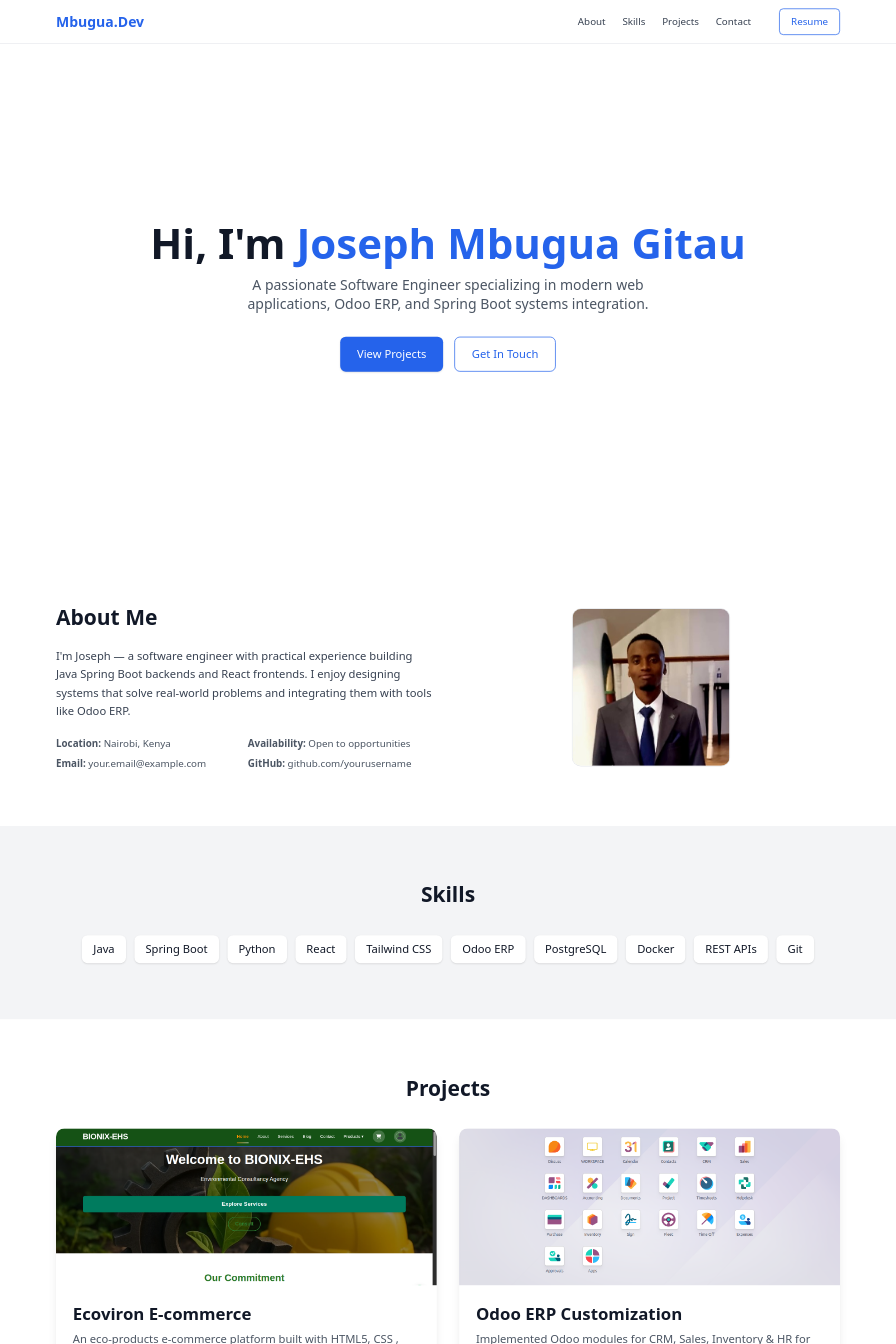
Repository: mbuguag/Portfolio
Page: /contact
The author's editor kept a copy of each file at every save. The page is drawn from the files as they stood at one save, then again after the next save.
The browser window is 1280 px wide. The pictures show the part of the page from y = 0 to 1920 px (the page is 2749 px tall before and 720 px after), at 70% of full size.
The project was rebuilt for these pictures with package versions that can differ from the ones it lists, and the page was loaded fresh each time. Also part of the build but not shown: vite.config.js.

Above is the page before, as saved 2025-10-24 10:51:04.

### index.html
<!doctype html>
<html lang="en">
  <head>
    <meta charset="UTF-8" />
    <link rel="icon" type="image/svg+xml" href="/vite.svg" />
    <meta name="viewport" content="width=device-width, initial-scale=1.0" />
    <title>dev-portfolio</title>
  </head>
  <body>
    <div id="root"></div>
    <script type="module" src="/src/main.jsx"></script>
  </body>
</html>

### src/App.jsx
import React from "react";
import Navbar from "./components/Navbar";
import Hero from "./components/Hero";
import About from "./components/About";
import Skills from "./components/Skills";
import Projects from "./components/Projects";
import Contact from "./components/Contact";
import Footer from "./components/Footer";

export default function App() {
  return (
    <div className="antialiased">
      <Navbar />
      <main className="pt-16">
        <Hero />
        <About />
        <Skills />
        <Projects />
        <Contact />
      </main>
      <Footer />
    </div>
  );
}

### src/index.css
@tailwind base;
@tailwind components;
@tailwind utilities;

/* Global */
:root {
  scroll-behavior: smooth;
}

body {
  @apply bg-white text-gray-900 dark:bg-gray-900 dark:text-gray-100 font-sans;
}

/* container helper */
.container {
  @apply max-w-6xl mx-auto px-4;
}

/* small utility */
.section-title {
  @apply text-3xl font-semibold mb-6;
}

.card {
  @apply bg-white dark:bg-gray-800 rounded-xl shadow-sm overflow-hidden;
}

### src/components/Navbar.jsx
import React from "react";

export default function Navbar() {
  return (
    <header className="fixed top-0 left-0 right-0 z-50 bg-white/80 dark:bg-gray-900/80 backdrop-blur-sm border-b border-gray-200 dark:border-gray-800">
      <div className="container flex items-center justify-between py-3">
        <a href="#home" className="text-xl font-bold text-blue-600">Mbugua.Dev</a>

        <nav className="hidden md:flex gap-6 items-center text-sm text-gray-700 dark:text-gray-300">
          <a href="#about" className="hover:text-blue-600">About</a>
          <a href="#skills" className="hover:text-blue-600">Skills</a>
          <a href="#projects" className="hover:text-blue-600">Projects</a>
          <a href="#contact" className="hover:text-blue-600">Contact</a>
          <a
            href="/resume.pdf"
            className="ml-4 inline-block px-4 py-2 text-sm border rounded-md border-blue-600 text-blue-600 hover:bg-blue-600 hover:text-white transition"
            download
          >
            Resume
          </a>
        </nav>

        {/* mobile placeholder (expand later if you want a menu) */}
        <div className="md:hidden text-sm text-gray-700 dark:text-gray-300">
          <a href="#projects" className="px-3 py-1 bg-blue-600 text-white rounded-md">View Work</a>
        </div>
      </div>
    </header>
  );
}

### src/components/Hero.jsx
export default function Hero() {
  return (
    <section id="home" className="flex flex-col items-center justify-center text-center min-h-screen px-6">
      <h1 className="text-4xl sm:text-6xl font-bold mb-4">
        Hi, I'm <span className="text-blue-600">Joseph Mbugua Gitau</span>
      </h1>
      <p className="text-lg sm:text-xl text-gray-600 dark:text-gray-300 max-w-2xl">
        A passionate Software Engineer specializing in modern web applications, Odoo ERP, and Spring Boot systems integration.
      </p>
      <div className="mt-8 flex gap-4">
        <a href="#projects" className="px-6 py-3 bg-blue-600 text-white rounded-lg shadow hover:bg-blue-700 transition">View Projects</a>
        <a href="#contact" className="px-6 py-3 border border-blue-600 text-blue-600 rounded-lg hover:bg-blue-600 hover:text-white transition">Get In Touch</a>
      </div>
    </section>
  );
}

### src/components/About.jsx
import React from "react";

export default function About() {
  return (
    <section id="about" className="py-20">
      <div className="container grid md:grid-cols-2 gap-10 items-center">
        <div>
          <h2 className="section-title">About Me</h2>
          <p className="text-gray-700 dark:text-gray-300 leading-relaxed">
            I'm Joseph — a software engineer with practical experience building
            Java Spring Boot backends and React frontends.
            I enjoy designing systems that solve real-world problems and integrating
            them with tools like Odoo ERP.
          </p>

          <ul className="mt-6 grid grid-cols-2 gap-2 text-sm text-gray-600 dark:text-gray-400">
            <li><strong>Location:</strong> Nairobi, Kenya</li>
            <li><strong>Availability:</strong> Open to opportunities</li>
            <li><strong>Email:</strong> your.email@example.com</li>
            <li><strong>GitHub:</strong> github.com/yourusername</li>
          </ul>
        </div>

        <div className="flex justify-center">
          <div className="w-56 h-56 rounded-xl overflow-hidden ring-1 ring-gray-200 dark:ring-gray-700">
            <img
              src="/profile.jpg"
              alt="Joseph Mbugua"
              className="w-full h-full object-cover"
            />
          </div>
        </div>
      </div>
    </section>
  );
}

### src/components/Skills.jsx
const skills = [
  "Java", "Spring Boot", "Python", "React", "Tailwind CSS",
  "Odoo ERP", "PostgreSQL", "Docker", "REST APIs", "Git"
];

export default function Skills() {
  return (
    <section id="skills" className="py-20 bg-gray-100 dark:bg-gray-800">
      <h2 className="text-3xl font-bold mb-10 text-center">Skills</h2>
      <div className="flex flex-wrap justify-center gap-3">
        {skills.map((skill) => (
          <span key={skill} className="px-4 py-2 bg-white dark:bg-gray-700 shadow rounded-lg">
            {skill}
          </span>
        ))}
      </div>
    </section>
  );
}

### src/components/Projects.jsx
const projects = [
  {
    title: "Ecoviron E-commerce",
    description: "An eco-products e-commerce platform built with HTML5, CSS , JavaScript & Spring Boot backend.",
    image: "/Bionix.png",
    link: "https://www.bionix-hse.co.ke",
  },
  {
    title: "Odoo ERP Customization",
    description: "Implemented Odoo modules for CRM, Sales, Inventory & HR for business automation.",
    image: "/Odoo.png",
    link: "#",
  },
];

export default function Projects() {
  return (
    <section id="projects" className="py-20 container">
      <h2 className="text-3xl font-bold mb-10 text-center">Projects</h2>
      <div className="grid md:grid-cols-2 gap-8">
        {projects.map((proj) => (
          <div key={proj.title} className="bg-white dark:bg-gray-800 rounded-xl shadow-lg overflow-hidden">
            <img src={proj.image} alt={proj.title} className="w-full h-56 object-cover" />
            <div className="p-6">
              <h3 className="text-2xl font-semibold mb-2">{proj.title}</h3>
              <p className="text-gray-600 dark:text-gray-300 mb-4">{proj.description}</p>
              <a href={proj.link} target="_blank" className="text-blue-600 hover:text-blue-800 dark:text-blue-400 dark:hover:text-blue-200">View Project →</a>
            </div>
          </div>
        ))}
      </div>
    </section>
  );
}

### src/components/Contact.jsx
export default function Contact() {
  return (
    <section id="contact" className="py-20 bg-gray-100 dark:bg-gray-800">
      <h2 className="text-3xl font-bold mb-10 text-center">Contact Me</h2>
      <form className="max-w-lg mx-auto space-y-4">
        <input type="text" placeholder="Your Name" className="w-full p-3 rounded-lg border dark:bg-gray-700 dark:border-gray-600" />
        <input type="email" placeholder="Your Email" className="w-full p-3 rounded-lg border dark:bg-gray-700 dark:border-gray-600" />
        <textarea placeholder="Your Message" rows="5" className="w-full p-3 rounded-lg border dark:bg-gray-700 dark:border-gray-600"></textarea>
        <button className="w-full bg-blue-600 text-white py-3 rounded-lg hover:bg-blue-700 transition">Send Message</button>
      </form>
    </section>
  );
}

### src/components/Footer.jsx
export default function Footer() {
  return (
    <footer className="py-6 text-center text-gray-500 dark:text-gray-400 border-t border-gray-200 dark:border-gray-700">
      © {new Date().getFullYear()} Joseph Mbugua Gitau. All rights reserved.
    </footer>
  );
}

Loaded but not shown: src/main.jsx (common file); tailwind.config.js (common file)

After the next save:
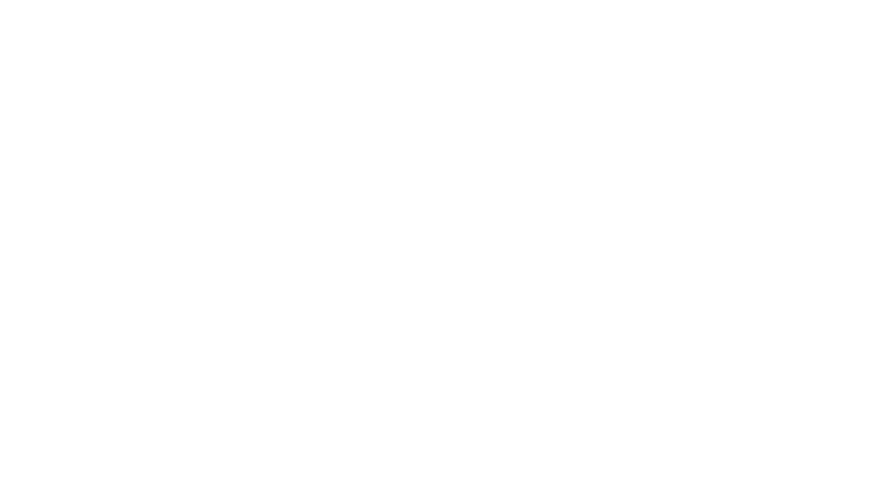
Console error (its wording comes from the project's code and is left out).
Saved 11 s later.
--- a/src/components/About.jsx
+++ b/src/components/About.jsx
@@ -1,36 +1,36 @@
-import React from "react";
+// import React from "react";
 
-export default function About() {
-  return (
-    <section id="about" className="py-20">
-      <div className="container grid md:grid-cols-2 gap-10 items-center">
-        <div>
-          <h2 className="section-title">About Me</h2>
-          <p className="text-gray-700 dark:text-gray-300 leading-relaxed">
-            I'm Joseph — a software engineer with practical experience building
-            Java Spring Boot backends and React frontends.
-            I enjoy designing systems that solve real-world problems and integrating
-            them with tools like Odoo ERP.
-          </p>
+// export default function About() {
+//   return (
+//     <section id="about" className="py-20">
+//       <div className="container grid md:grid-cols-2 gap-10 items-center">
+//         <div>
+//           <h2 className="section-title">About Me</h2>
+//           <p className="text-gray-700 dark:text-gray-300 leading-relaxed">
+//             I'm Joseph — a software engineer with practical experience building
+//             Java Spring Boot backends and React frontends.
+//             I enjoy designing systems that solve real-world problems and integrating
+//             them with tools like Odoo ERP.
+//           </p>
 
-          <ul className="mt-6 grid grid-cols-2 gap-2 text-sm text-gray-600 dark:text-gray-400">
-            <li><strong>Location:</strong> Nairobi, Kenya</li>
-            <li><strong>Availability:</strong> Open to opportunities</li>
-            <li><strong>Email:</strong> your.email@example.com</li>
-            <li><strong>GitHub:</strong> github.com/yourusername</li>
-          </ul>
-        </div>
+//           <ul className="mt-6 grid grid-cols-2 gap-2 text-sm text-gray-600 dark:text-gray-400">
+//             <li><strong>Location:</strong> Nairobi, Kenya</li>
+//             <li><strong>Availability:</strong> Open to opportunities</li>
+//             <li><strong>Email:</strong> your.email@example.com</li>
+//             <li><strong>GitHub:</strong> github.com/yourusername</li>
+//           </ul>
+//         </div>
 
-        <div className="flex justify-center">
-          <div className="w-56 h-56 rounded-xl overflow-hidden ring-1 ring-gray-200 dark:ring-gray-700">
-            <img
-              src="/profile.jpg"
-              alt="Joseph Mbugua"
-              className="w-full h-full object-cover"
-            />
-          </div>
-        </div>
-      </div>
-    </section>
-  );
-}
+//         <div className="flex justify-center">
+//           <div className="w-56 h-56 rounded-xl overflow-hidden ring-1 ring-gray-200 dark:ring-gray-700">
+//             <img
+//               src="/profile.jpg"
+//               alt="Joseph Mbugua"
+//               className="w-full h-full object-cover"
+//             />
+//           </div>
+//         </div>
+//       </div>
+//     </section>
+//   );
+// }

After the save that followed:
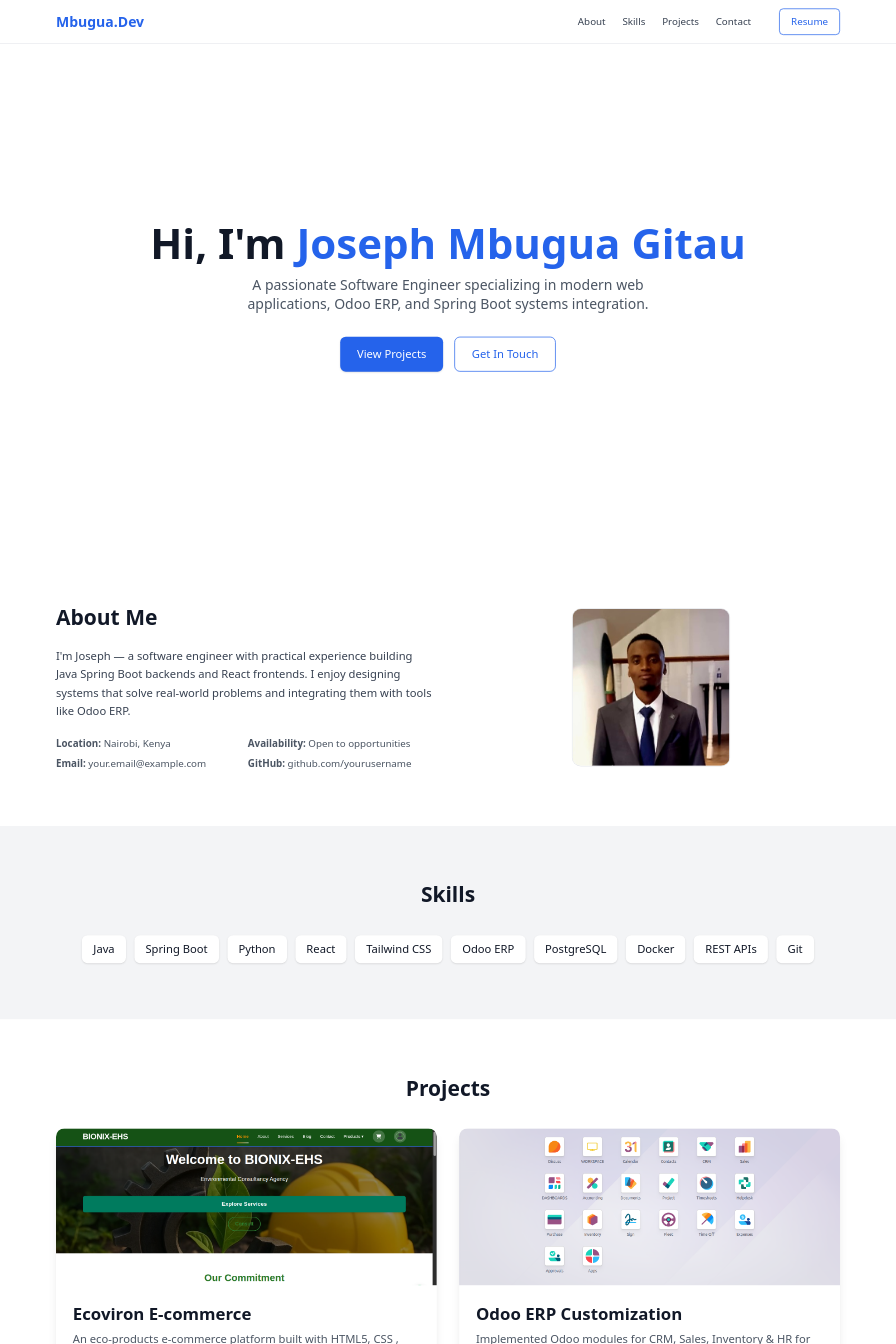
The error is gone.
Saved 5 s later.
--- a/src/components/About.jsx
+++ b/src/components/About.jsx
@@ -1,36 +1,36 @@
-// import React from "react";
+import React from "react";
 
-// export default function About() {
-//   return (
-//     <section id="about" className="py-20">
-//       <div className="container grid md:grid-cols-2 gap-10 items-center">
-//         <div>
-//           <h2 className="section-title">About Me</h2>
-//           <p className="text-gray-700 dark:text-gray-300 leading-relaxed">
-//             I'm Joseph — a software engineer with practical experience building
-//             Java Spring Boot backends and React frontends.
-//             I enjoy designing systems that solve real-world problems and integrating
-//             them with tools like Odoo ERP.
-//           </p>
+export default function About() {
+  return (
+    <section id="about" className="py-20">
+      <div className="container grid md:grid-cols-2 gap-10 items-center">
+        <div>
+          <h2 className="section-title">About Me</h2>
+          <p className="text-gray-700 dark:text-gray-300 leading-relaxed">
+            I'm Joseph — a software engineer with practical experience building
+            Java Spring Boot backends and React frontends.
+            I enjoy designing systems that solve real-world problems and integrating
+            them with tools like Odoo ERP.
+          </p>
 
-//           <ul className="mt-6 grid grid-cols-2 gap-2 text-sm text-gray-600 dark:text-gray-400">
-//             <li><strong>Location:</strong> Nairobi, Kenya</li>
-//             <li><strong>Availability:</strong> Open to opportunities</li>
-//             <li><strong>Email:</strong> your.email@example.com</li>
-//             <li><strong>GitHub:</strong> github.com/yourusername</li>
-//           </ul>
-//         </div>
+          <ul className="mt-6 grid grid-cols-2 gap-2 text-sm text-gray-600 dark:text-gray-400">
+            <li><strong>Location:</strong> Nairobi, Kenya</li>
+            <li><strong>Availability:</strong> Open to opportunities</li>
+            <li><strong>Email:</strong> your.email@example.com</li>
+            <li><strong>GitHub:</strong> github.com/yourusername</li>
+          </ul>
+        </div>
 
-//         <div className="flex justify-center">
-//           <div className="w-56 h-56 rounded-xl overflow-hidden ring-1 ring-gray-200 dark:ring-gray-700">
-//             <img
-//               src="/profile.jpg"
-//               alt="Joseph Mbugua"
-//               className="w-full h-full object-cover"
-//             />
-//           </div>
-//         </div>
-//       </div>
-//     </section>
-//   );
-// }
+        <div className="flex justify-center">
+          <div className="w-56 h-56 rounded-xl overflow-hidden ring-1 ring-gray-200 dark:ring-gray-700">
+            <img
+              src="/profile.jpg"
+              alt="Joseph Mbugua"
+              className="w-full h-full object-cover"
+            />
+          </div>
+        </div>
+      </div>
+    </section>
+  );
+}
